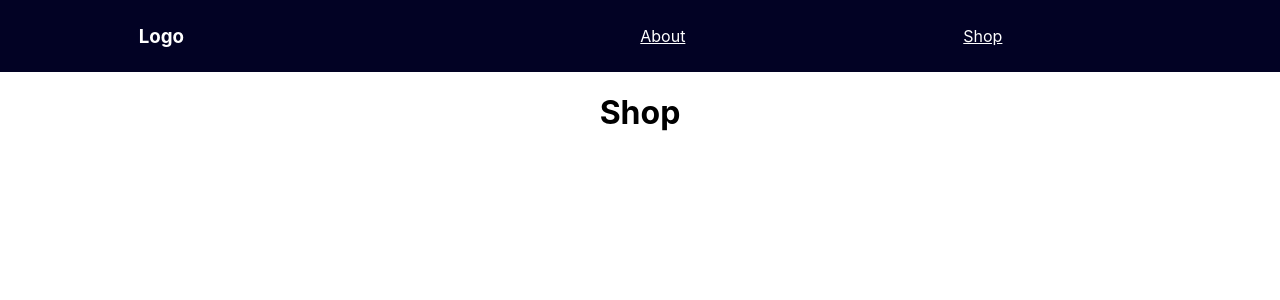
Repository: patrik-fredlund/React-router-tutorial
Page: /shop
An editor plug-in stored every save of this project. The page is shown before and after the next save, followed by the edit.
The browser window is 1280 px wide. The pictures show the whole page.
The page's requests for data from a server got no answer. The project was rebuilt for these pictures with package versions that can differ from the ones it lists, and the page was loaded fresh each time. No one was signed in, and anything a server would have sent is missing. Also part of the build but not shown: src/About.js, src/Home.js.

Above is the page before, as saved 2021-04-02 20:42:09.

After the next save:
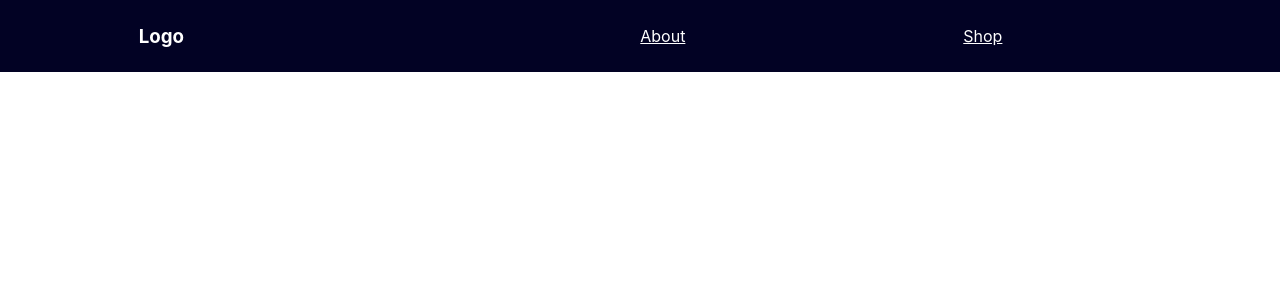
Saved 4 min 13 s later.
--- a/src/Shop.js
+++ b/src/Shop.js
@@ -6,12 +6,16 @@ export const Shop = () => {
   useEffect(() => {
     fetch('https://jsonplaceholder.typicode.com/posts')
       .then((response) => response.json())
-      .then((data) => console.log(data));
+      .then((data) => setData(data.splice(0, 10)));
   }, []);
 
   return (
     <div>
-      <h1>Shop</h1>
+      <ul>
+        {data.map((item) => {
+          return <li key={item.id}>{item.body}</li>;
+        })}
+      </ul>
     </div>
   );
 };
